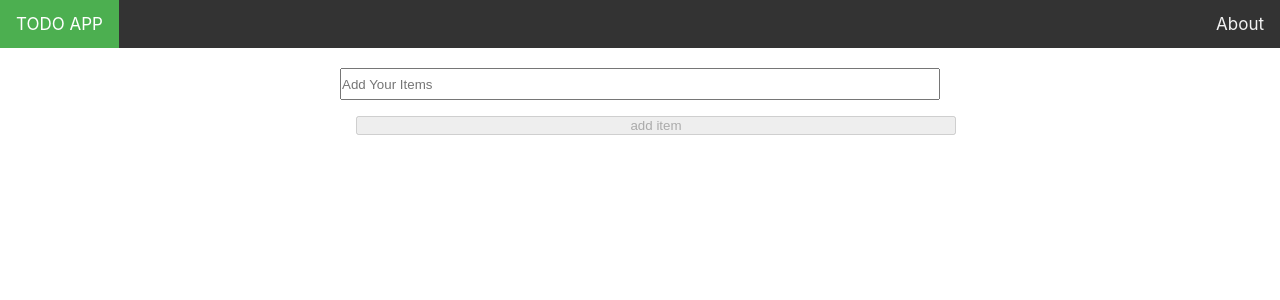
Repository: hoangphuong965/myTodoList
Page: /
An editor plug-in stored every save of this project. The page is shown before and after the next save, followed by the edit.
The browser window is 1280 px wide. The pictures show the whole page.
The project was rebuilt for these pictures with package versions that can differ from the ones it lists, and the page was loaded fresh each time. Also part of the build but not shown: src/components/TodoItems.js.

Above is the page before, as saved 2020-06-01 21:28:42.

After the next save:
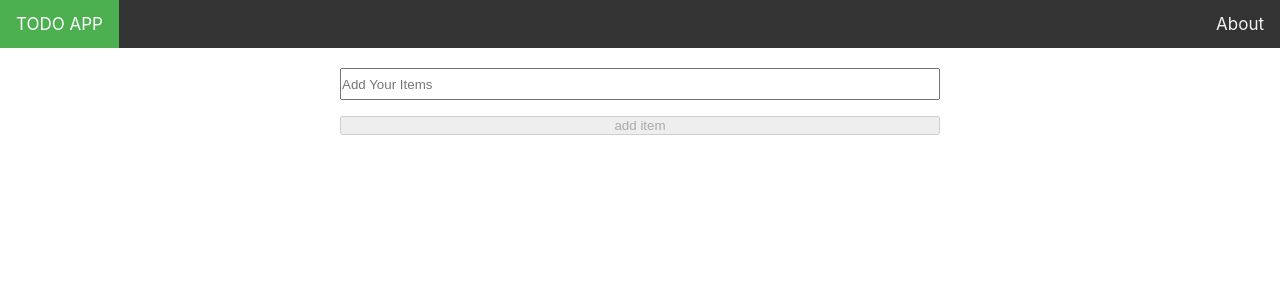
Saved 6 s later.
--- a/src/components/todo.css
+++ b/src/components/todo.css
@@ -38,5 +38,5 @@
 .btn{
     display: block;
     width: 600px;
-    margin: 1rem;
+    margin: 1rem 0 0 0;
 }
